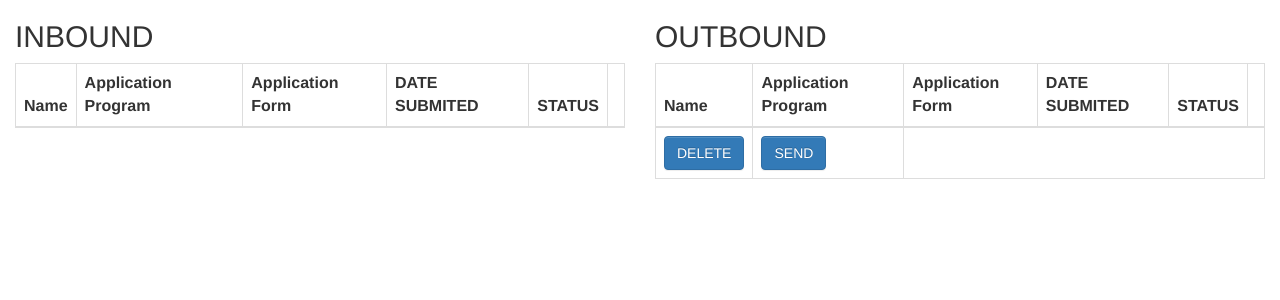
Repository: eunminhansoo/Oirp
Page: http://localhost/administrator.php
The author's editor kept a copy of each file at every save. The page is drawn from the files as they stood at one save, then again after the next save.
The browser window is 1280 px wide. The pictures show the whole page.
The page is run by PHP 8.4 with error messages shown; the project is at /var/www/html/. Queries for data that is not in the repository find no rows.

Above is the page before, as saved 2018-03-15 17:34:06.
Console error (its wording comes from the project's code and is left out).

After the next save:
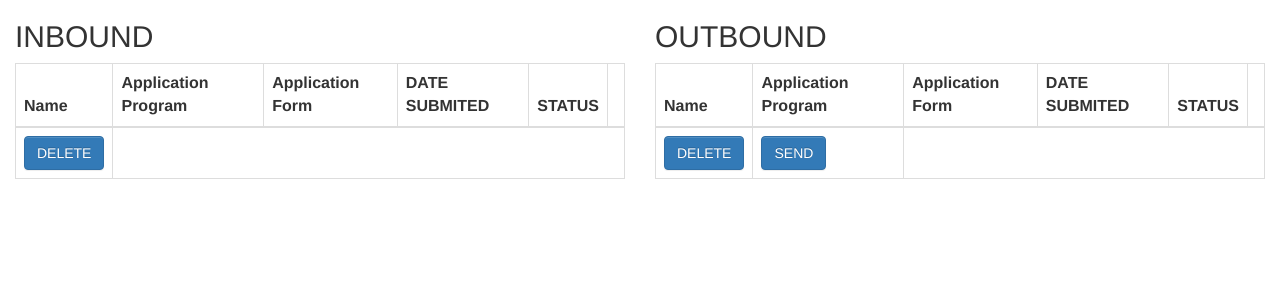
Saved 9 min 12 s later.
--- a/OIRP_WEB/administrator.php
+++ b/OIRP_WEB/administrator.php
@@ -35,6 +35,11 @@
                                 <th></th>
                             </tr>
                         </thead>
+                        <tfoot>
+                        	<tr>
+		                        <th><button type="submit" name="delete_inbound" class="btn btn-primary" >DELETE</button></th>
+	                        </tr>
+                        </tfoot>
                         <tbody>
                             <?php while($row = mysqli_fetch_array($query)){
                                 $studentID = $row['STUDENT_ID'];
@@ -74,8 +79,8 @@
                         </thead>
                         <tfoot>
                         	<tr>
-		                        <th><button type="submit" name="delete" class="btn btn-primary" >DELETE</button></th>
-		                        <th><button type="submit" name="send" class="btn btn-primary">SEND</button></th>
+		                        <th><button type="submit" name="delete_outbound" class="btn btn-primary" >DELETE</button></th>
+		                        <th><button type="submit" name="send_outbound" class="btn btn-primary">SEND</button></th>
 	                        </tr>
                         </tfoot>
                         <tbody>
